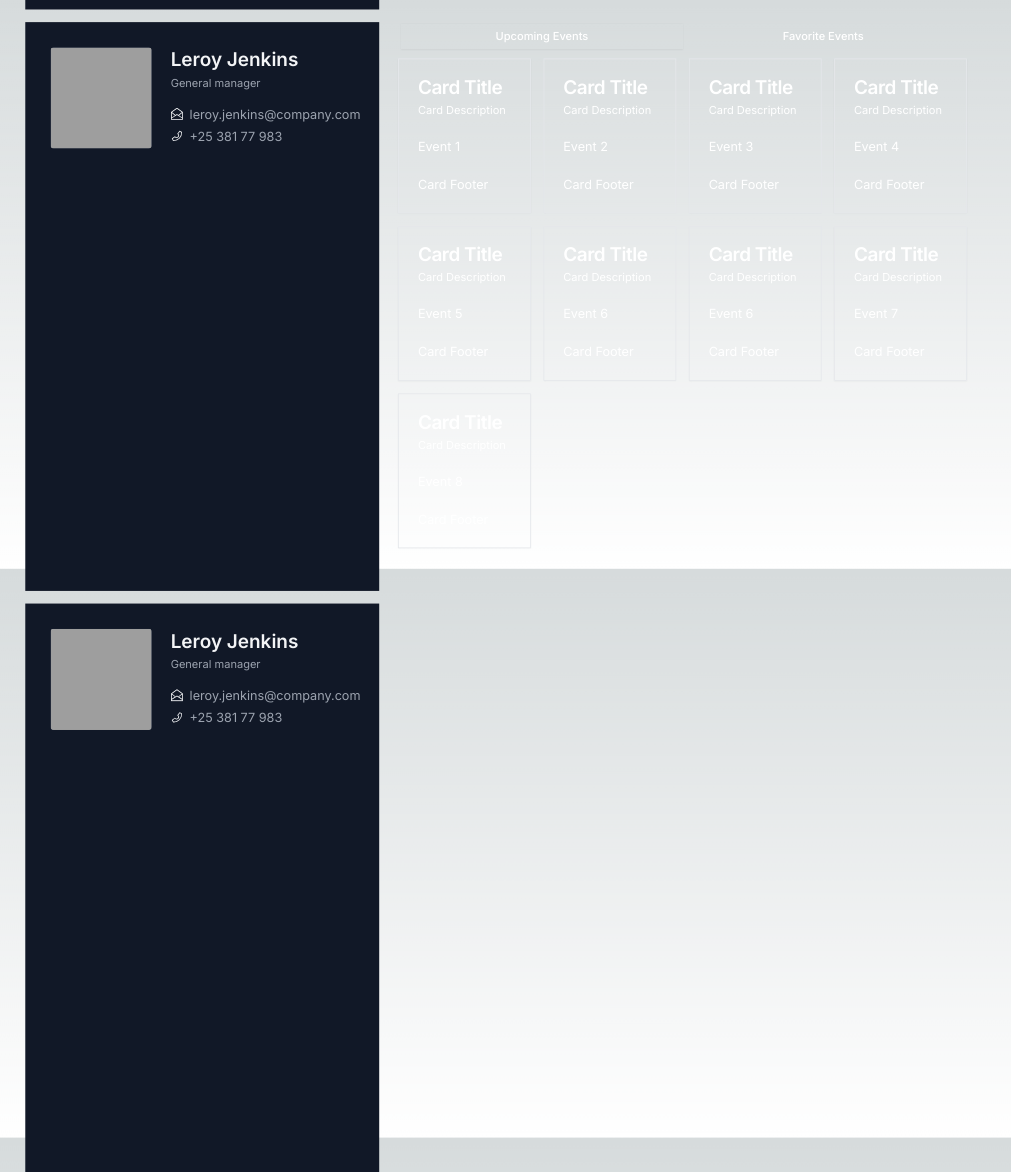
Repository: loktioncode/events-app
Page: /
The author's editor kept a copy of each file at every save. The page is drawn from the files as they stood at one save, then again after the next save.
The browser window is 1280 px wide. The pictures show the whole page, at 79% of full size.
Pictures or frames that could not be fetched are drawn as grey boxes. The project was rebuilt for these pictures with package versions that can differ from the ones it lists, and the page was loaded fresh each time. The framework's server and built-in components were replaced by stand-ins that run in the browser. Also part of the build but not shown: next.config.js, components/favouriteEvents.tsx.

Above is the page before, as saved 2023-11-30 21:16:25.

### app/page.tsx
import Image from 'next/image'
import Search from '../components/searchInput';
import Events from '../components/events';
import BandInfo from '../components/bandInfo';


export default function Home(
  {
    searchParams,
  }: {
    searchParams?: {
      query?: string;
      page?: string;
    };
  }
) {



  return (
    <main className="flex max-h-screen flex-row items-center justify-between p-8">

      <div className="flex flex-col">
        <Search placeholder="Search events..." />
        <BandInfo />
        <BandInfo />
        <BandInfo />

      </div >

      <Events />

    </main>
  )
}

### app/globals.css
@tailwind base;
@tailwind components;
@tailwind utilities;

:root {
  --foreground-rgb:  255, 255, 255;
  --background-start-rgb: 214, 219, 220;
  --background-end-rgb: 255, 255, 255;
}

@media (prefers-color-scheme: dark) {
  :root {
    --foreground-rgb: 255, 255, 255;
    --background-start-rgb:  255, 255, 255;
    --background-end-rgb: 255, 255, 255;
  }
}

body {
  color: rgb(var(--foreground-rgb));
  background: linear-gradient(
      to bottom,
      transparent,
      rgb(var(--background-end-rgb))
    )
    rgb(var(--background-start-rgb));
}

### components/searchInput.tsx
'use client';
import { useSearchParams, usePathname, useRouter } from 'next/navigation';
import { MagnifyingGlassIcon } from '@heroicons/react/24/outline';

export default function Search({ placeholder }: { placeholder: string}) {
    const searchParams = useSearchParams();
    const pathname = usePathname();
    const { replace } = useRouter();


    function handleSearch(term: string) {
        console.log(term);
        const params = new URLSearchParams(searchParams);
        if (term) {
            params.set('query', term);
        } else {
            params.delete('query');
        }
        replace(`${pathname}?${params.toString()}`);
    }


return (
    <div className="relative  w-full">
        <label htmlFor="search" className="sr-only text-black">
            Search Artist
        </label>
        <input
            className="peer block w-full rounded-md border border-gray-500 py-[9px] pl-10 text-sm outline-2 placeholder:text-black text-black"
            placeholder={placeholder}
            onChange={(e) => {
                handleSearch(e.target.value);
            }}
            defaultValue={searchParams.get('query')?.toString() || ''}
        />
        <MagnifyingGlassIcon className="absolute left-3 top-1/2 h-[18px] w-[18px] -translate-y-1/2 text-gray-500 peer-focus:text-gray-900" />
    </div>
);
}

### components/events.tsx
'use client';
import { useSearchParams, usePathname, useRouter } from 'next/navigation';
import { Tabs, TabsContent, TabsList, TabsTrigger } from "@/components/ui/tabs"
import FavoriteEvents from './favouriteEvents';
import AllEvents from './allEvents';

export default function Events() {
    const searchParams = useSearchParams();
    const pathname = usePathname();
    const { replace } = useRouter();




    return (
        <Tabs defaultValue="all" className="mx-6 w-full">
            <TabsList className='w-full'>
                <TabsTrigger value="all" className='w-full'>Upcoming Events</TabsTrigger>
                <TabsTrigger value="favorites" className='w-full'>Favorite Events</TabsTrigger>
            </TabsList>
            <TabsContent value="all"><AllEvents/></TabsContent>
            <TabsContent value="favorites"><FavoriteEvents/> </TabsContent>
        </Tabs>

    );
}

### components/bandInfo.tsx
'use client';

export default function BandInfo() {

    return (
        <div className="max-w-md p-8 sm:flex sm:space-x-6 bg-gray-900 text-gray-100 mt-4 h-[100vh]">
            <div className="flex-shrink-0 w-full mb-6 h-44 sm:h-32 sm:w-32 sm:mb-0">
                <img src="https://source.unsplash.com/100x100/?portrait?1" alt="" className="object-cover object-center w-full h-full rounded bg-gray-500" />
            </div>
            <div className="flex flex-col space-y-4">
                <div>
                    <h2 className="text-2xl font-semibold">Leroy Jenkins</h2>
                    <span className="text-sm text-gray-400">General manager</span>
                </div>
                <div className="space-y-1">
                    <span className="flex items-center space-x-2">
                        <svg xmlns="http://www.w3.org/2000/svg" viewBox="0 0 512 512" aria-label="Email address" className="w-4 h-4">
                            <path fill="currentColor" d="M274.6,25.623a32.006,32.006,0,0,0-37.2,0L16,183.766V496H496V183.766ZM464,402.693,339.97,322.96,464,226.492ZM256,51.662,454.429,193.4,311.434,304.615,256,268.979l-55.434,35.636L57.571,193.4ZM48,226.492,172.03,322.96,48,402.693ZM464,464H48V440.735L256,307.021,464,440.735Z"></path>
                        </svg>
                        <span className="text-gray-400">leroy.jenkins@company.com</span>
                    </span>
                    <span className="flex items-center space-x-2">
                        <svg xmlns="http://www.w3.org/2000/svg" viewBox="0 0 512 512" aria-label="Phonenumber" className="w-4 h-4">
                            <path fill="currentColor" d="M449.366,89.648l-.685-.428L362.088,46.559,268.625,171.176l43,57.337a88.529,88.529,0,0,1-83.115,83.114l-57.336-43L46.558,362.088l42.306,85.869.356.725.429.684a25.085,25.085,0,0,0,21.393,11.857h22.344A327.836,327.836,0,0,0,461.222,133.386V111.041A25.084,25.084,0,0,0,449.366,89.648Zm-20.144,43.738c0,163.125-132.712,295.837-295.836,295.837h-18.08L87,371.76l84.18-63.135,46.867,35.149h5.333a120.535,120.535,0,0,0,120.4-120.4v-5.333l-35.149-46.866L371.759,87l57.463,28.311Z"></path>
                        </svg>
                        <span className="text-gray-400">+25 381 77 983</span>
                    </span>
                </div>
            </div>
        </div>
    );
}

### components/ui/tabs.tsx
"use client"

import * as React from "react"
import * as TabsPrimitive from "@radix-ui/react-tabs"

import { cn } from "@/lib/utils"

const Tabs = TabsPrimitive.Root

const TabsList = React.forwardRef<
  React.ElementRef<typeof TabsPrimitive.List>,
  React.ComponentPropsWithoutRef<typeof TabsPrimitive.List>
>(({ className, ...props }, ref) => (
  <TabsPrimitive.List
    ref={ref}
    className={cn(
      "inline-flex h-10 items-center justify-center rounded-md bg-muted p-1 text-muted-foreground",
      className
    )}
    {...props}
  />
))
TabsList.displayName = TabsPrimitive.List.displayName

const TabsTrigger = React.forwardRef<
  React.ElementRef<typeof TabsPrimitive.Trigger>,
  React.ComponentPropsWithoutRef<typeof TabsPrimitive.Trigger>
>(({ className, ...props }, ref) => (
  <TabsPrimitive.Trigger
    ref={ref}
    className={cn(
      "inline-flex items-center justify-center whitespace-nowrap rounded-sm px-3 py-1.5 text-sm font-medium ring-offset-background transition-all focus-visible:outline-none focus-visible:ring-2 focus-visible:ring-ring focus-visible:ring-offset-2 disabled:pointer-events-none disabled:opacity-50 data-[state=active]:bg-background data-[state=active]:text-foreground data-[state=active]:shadow-sm",
      className
    )}
    {...props}
  />
))
TabsTrigger.displayName = TabsPrimitive.Trigger.displayName

const TabsContent = React.forwardRef<
  React.ElementRef<typeof TabsPrimitive.Content>,
  React.ComponentPropsWithoutRef<typeof TabsPrimitive.Content>
>(({ className, ...props }, ref) => (
  <TabsPrimitive.Content
    ref={ref}
    className={cn(
      "mt-2 ring-offset-background focus-visible:outline-none focus-visible:ring-2 focus-visible:ring-ring focus-visible:ring-offset-2",
      className
    )}
    {...props}
  />
))
TabsContent.displayName = TabsPrimitive.Content.displayName

export { Tabs, TabsList, TabsTrigger, TabsContent }

### components/allEvents.tsx
import {
    Card,
    CardContent,
    CardDescription,
    CardFooter,
    CardHeader,
    CardTitle,
} from "@/components/ui/card"


export default function AllEvents() {



    return (
        <div className="grid grid-cols-4 gap-4">
            {
                [1, 2, 3, 4, 5, 6, 6, 7, 8].map((event) => (

                    <Card key={event}>
                        <CardHeader>
                            <CardTitle>Card Title</CardTitle>
                            <CardDescription>Card Description</CardDescription>
                        </CardHeader>
                        <CardContent>
                            <p> Event {event}</p>
                        </CardContent>
                        <CardFooter>
                            <p>Card Footer</p>
                        </CardFooter>
                    </Card>

                ))
            }
        </div>

    );
}

### components/ui/card.tsx
import * as React from "react"

import { cn } from "@/lib/utils"

const Card = React.forwardRef<
  HTMLDivElement,
  React.HTMLAttributes<HTMLDivElement>
>(({ className, ...props }, ref) => (
  <div
    ref={ref}
    className={cn(
      "rounded-lg border bg-card text-card-foreground shadow-sm",
      className
    )}
    {...props}
  />
))
Card.displayName = "Card"

const CardHeader = React.forwardRef<
  HTMLDivElement,
  React.HTMLAttributes<HTMLDivElement>
>(({ className, ...props }, ref) => (
  <div
    ref={ref}
    className={cn("flex flex-col space-y-1.5 p-6", className)}
    {...props}
  />
))
CardHeader.displayName = "CardHeader"

const CardTitle = React.forwardRef<
  HTMLParagraphElement,
  React.HTMLAttributes<HTMLHeadingElement>
>(({ className, ...props }, ref) => (
  <h3
    ref={ref}
    className={cn(
      "text-2xl font-semibold leading-none tracking-tight",
      className
    )}
    {...props}
  />
))
CardTitle.displayName = "CardTitle"

const CardDescription = React.forwardRef<
  HTMLParagraphElement,
  React.HTMLAttributes<HTMLParagraphElement>
>(({ className, ...props }, ref) => (
  <p
    ref={ref}
    className={cn("text-sm text-muted-foreground", className)}
    {...props}
  />
))
CardDescription.displayName = "CardDescription"

const CardContent = React.forwardRef<
  HTMLDivElement,
  React.HTMLAttributes<HTMLDivElement>
>(({ className, ...props }, ref) => (
  <div ref={ref} className={cn("p-6 pt-0", className)} {...props} />
))
CardContent.displayName = "CardContent"

const CardFooter = React.forwardRef<
  HTMLDivElement,
  React.HTMLAttributes<HTMLDivElement>
>(({ className, ...props }, ref) => (
  <div
    ref={ref}
    className={cn("flex items-center p-6 pt-0", className)}
    {...props}
  />
))
CardFooter.displayName = "CardFooter"

export { Card, CardHeader, CardFooter, CardTitle, CardDescription, CardContent }

Loaded but not shown: app/layout.tsx (common file); lib/utils.ts (common file); tailwind.config.js (common file)

After the next save:
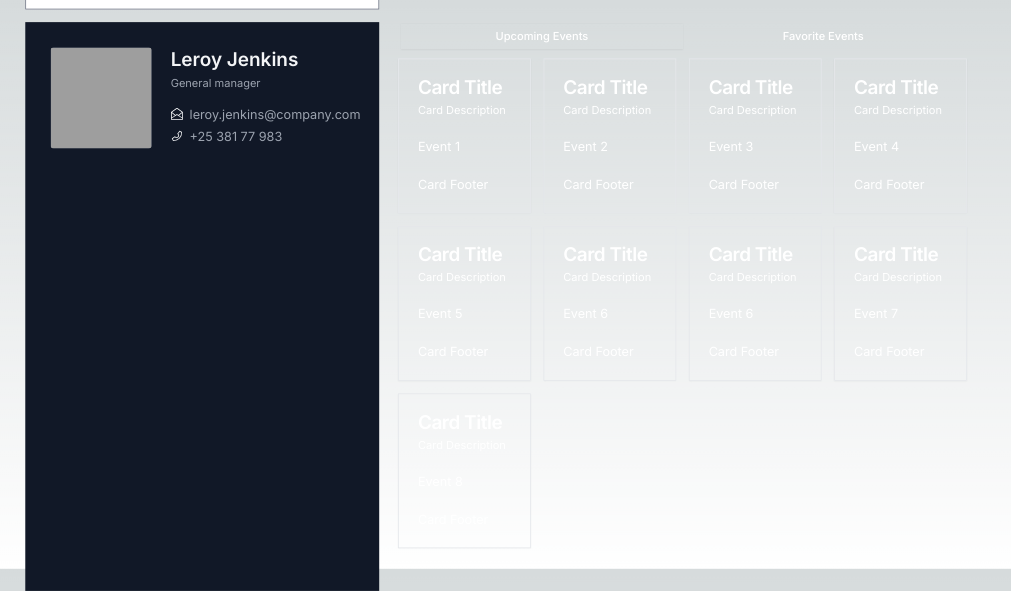
Saved 9 s later.
--- a/app/page.tsx
+++ b/app/page.tsx
@@ -23,8 +23,7 @@ export default function Home(
       <div className="flex flex-col">
         <Search placeholder="Search events..." />
         <BandInfo />
-        <BandInfo />
-        <BandInfo />
+
 
       </div >
 
